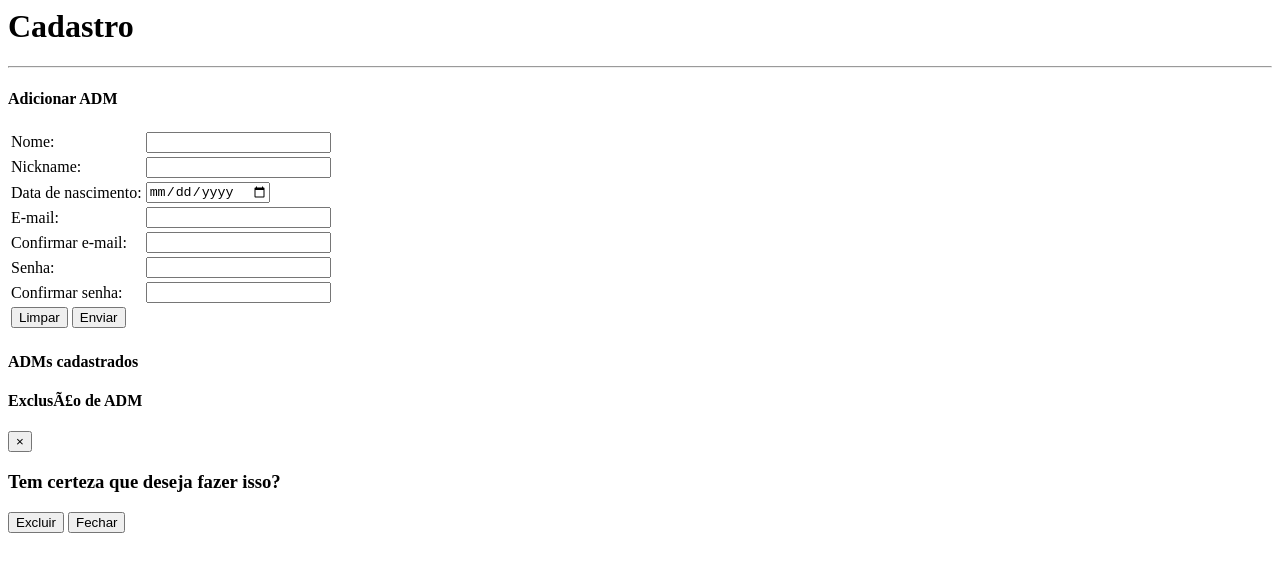
Repository: cavrau/workspaceTbog
Page: the Battle for Gondria/WebContent/system/admin/cadastro.html
The author's editor kept a copy of each file at every save. The page is drawn from the files as they stood at one save, then again after the next save.
The browser window is 1280 px wide. The pictures show the whole page.

Above is the page before, as saved 2018-08-18 15:59:59.

After the next save:
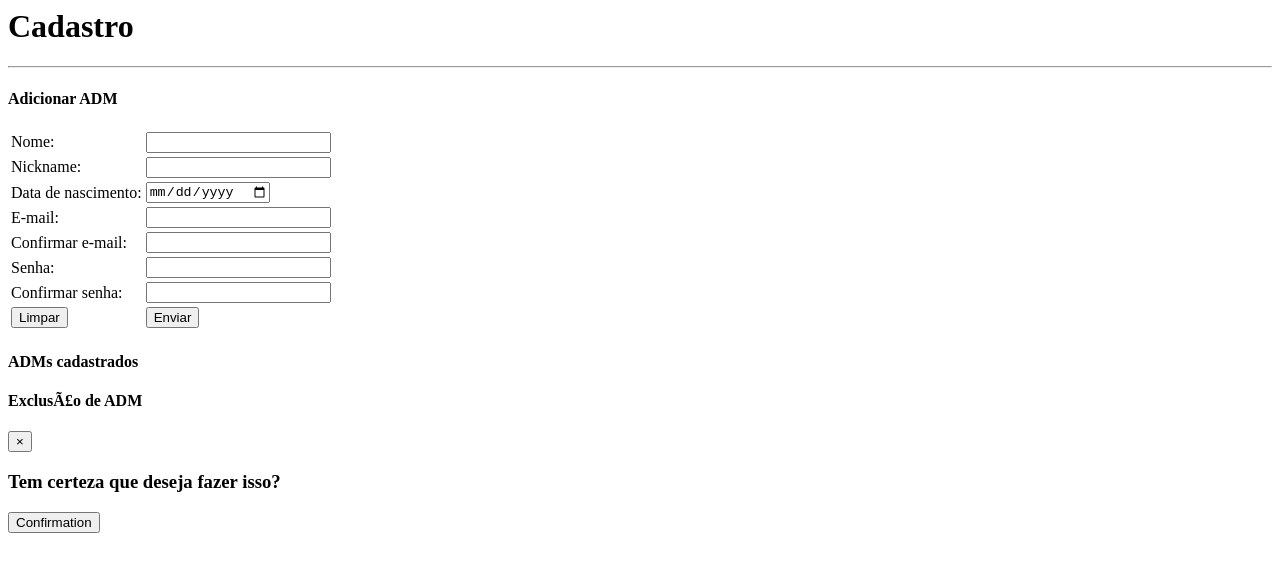
Saved 3 min 32 s later.
--- a/the Battle for Gondria/WebContent/system/admin/cadastro.html
+++ b/the Battle for Gondria/WebContent/system/admin/cadastro.html
@@ -68,9 +68,11 @@
 
 					<tr>
 						<td>
+
 							<button type="reset" class="btn btn-secondary" name="btn_limpar">Limpar</button>
-							<button type="button" onclick="validaCadastro()"
-								class="btn btn-primary" name="btn_subimt">Enviar</button>
+						</td>
+						<td>
+							<button type="button" onclick="validaCadastro()"class="btn btn-primary" name="btn_subimt">Enviar</button>
 						</td>
 					</tr>
 
@@ -101,8 +103,14 @@
 				<h3>Tem certeza que deseja fazer isso?</h3>
 			</div>
 			<div class="modal-footer">
-				<button type="button" id="excluiUser" class="btn btn-danger" onclick="">Excluir</button>
-				<button type="button" class="close btn btn-primary" data-dismiss="modal">Fechar</button>
+				<button id="excluiUser" class="btn btn-large btn-primary" data-toggle="confirmation"
+					data-btn-ok-label="Continue" data-btn-ok-class="btn-success"
+					data-btn-ok-icon-class="material-icons"
+					data-btn-ok-icon-content="check" data-btn-cancel-label="Stoooop!"
+					data-btn-cancel-class="btn-danger"
+					data-btn-cancel-icon-class="material-icons"
+					data-btn-cancel-icon-content="close" data-title="Is it ok?"
+					data-content="This might be dangerous">Confirmation</button>
 			</div>
 		</div>
 	</div>
